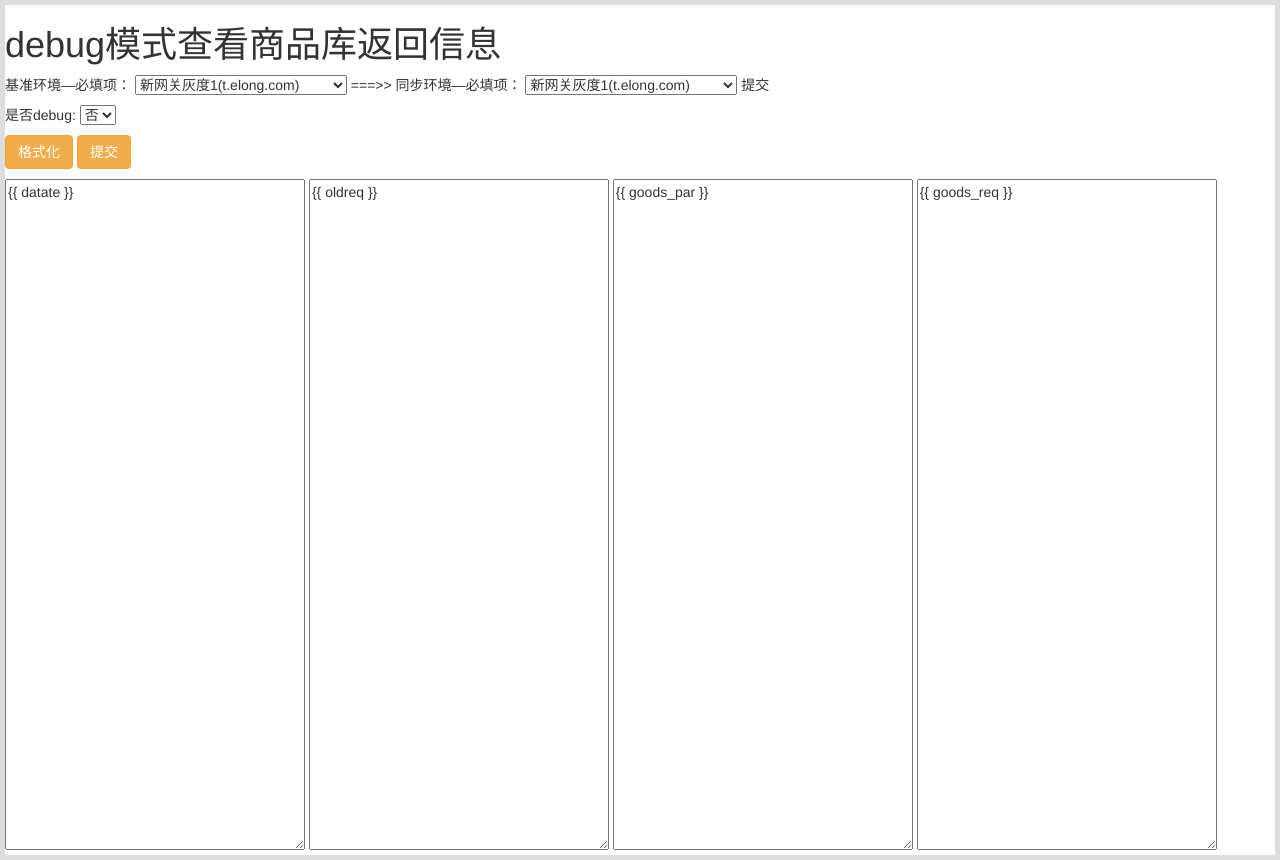
Repository: wangyanqing666/study
Page: other.html
An editor plug-in stored every save of this project. The page is shown before and after the next save, followed by the edit.
The browser window is 1280 px wide. The pictures show the whole page.

Above is the page before, as saved 2020-09-28 13:58:50.

After the next save:
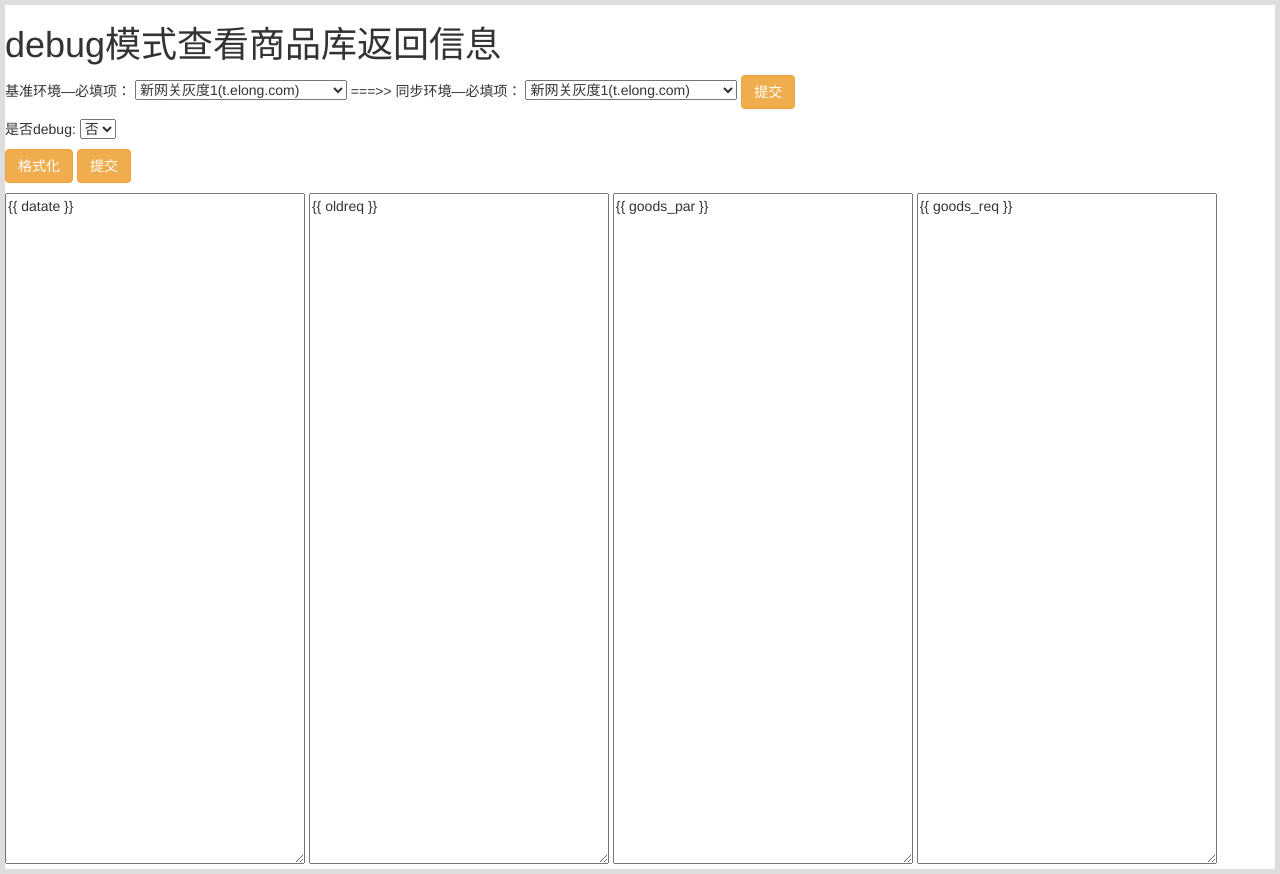
Saved 39 s later.
--- a/other.html
+++ b/other.html
@@ -136,7 +136,7 @@
                     <option value=3>新网关灰度3(huidu3.vip.elong)</option>
                     <option value=4>线上环境(api2011.elong.com)</option>
                 </select>
-                <span>提交</span>
+                <span><button type="button" class="btn btn-warning" id="tj1">提交</button></span>
 
             </h5>
             <h5><span>是否debug:</span>
